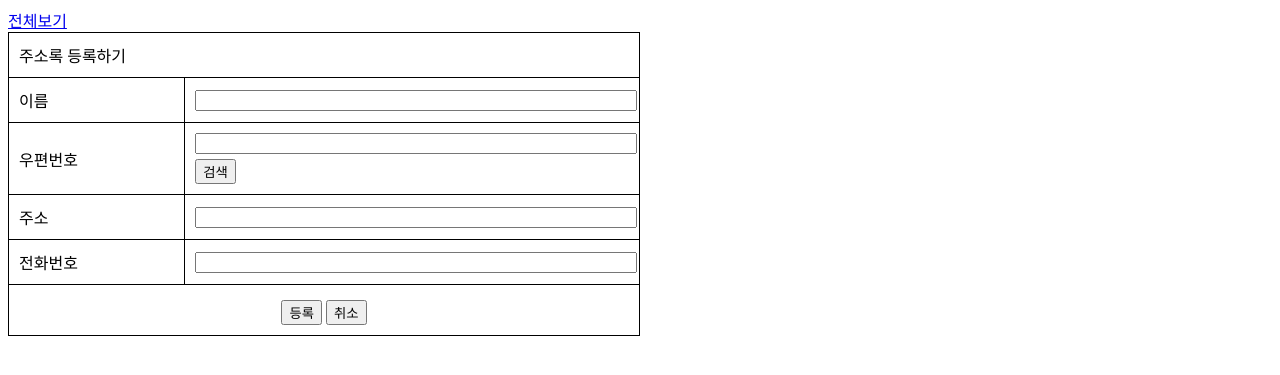
Repository: yubeens/JSP
Page: http://localhost/JSP_Project/jQueryAddress/insert.jsp
An editor plug-in stored every save of this project. The page is shown before and after the next save, followed by the edit.
The browser window is 1280 px wide. The pictures show the whole page.
The page is served by Tomcat 9. Other server files are loaded and not shown.

Above is the page before, as saved 2025-02-28 01:15:18.

### JSP_Project/src/main/webapp/jQueryAddress/insert.jsp
<%@ page language="java" contentType="text/html; charset=UTF-8"
    pageEncoding="UTF-8"%>
<!DOCTYPE html>
<html>
<head>
<meta charset="UTF-8">
<title>Insert title here</title>
<style>
        table {
            border-collapse: collapse;
            width: 50%;
        }
        th, td {
            border: 1px solid black;
            padding: 10px;
        }
        input[type="text"] {
            width: 100%;
        }
        button {
            margin-top: 5px;
        }
    </style>
</head>
<body>
<a href=#>전체보기</a>
<form action="insert_process.jsp" method="post">
        <table border=1>
        	<tr>
        		<td colspan="2">주소록 등록하기</td>
            <tr>
                <td>이름</td>
                <td><input type="text" name="name"></td>
            </tr>
            <tr>
                <td>우편번호</td>
                <td>
                    <input type="text" size=5 name="zipcode">
                    <button type="button">검색</button>
                </td>
            </tr>
            <tr>
                <td>주소</td>
                <td><input type="text" name="address"></td>
            </tr>
            <tr>
                <td>전화번호</td>
                <td><input type="text" name="phone"></td>
            </tr>
            <tr>
                <td colspan="2" align="center">
                    <button type="submit">등록</button>
                    <button type="reset">취소</button>
                </td>
            </tr>
        </table>
    </form>

</body>
</html>

After the next save:
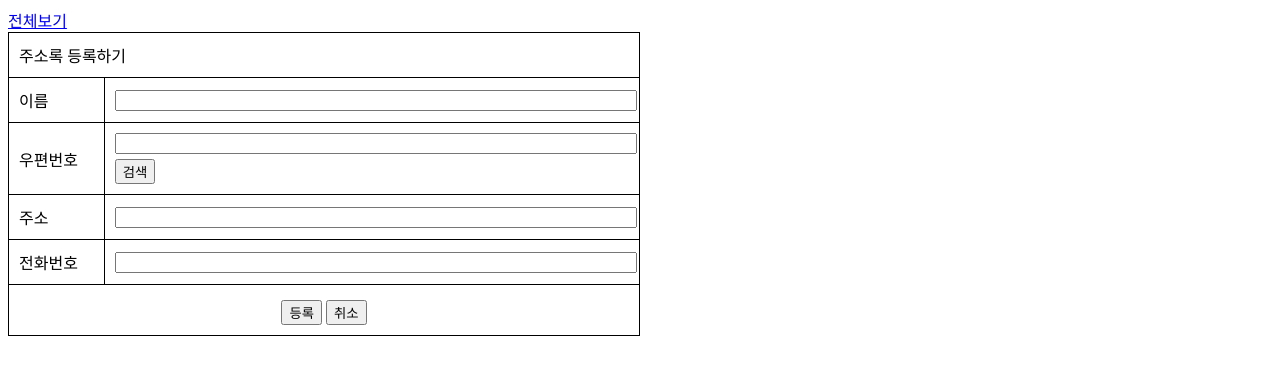
Saved 63 s later.
--- a/JSP_Project/src/main/webapp/jQueryAddress/insert.jsp
+++ b/JSP_Project/src/main/webapp/jQueryAddress/insert.jsp
@@ -41,7 +41,7 @@
             </tr>
             <tr>
                 <td>주소</td>
-                <td><input type="text" name="address"></td>
+                <td><input type="text" size=50 name="address"></td>
             </tr>
             <tr>
                 <td>전화번호</td>
@@ -49,8 +49,8 @@
             </tr>
             <tr>
                 <td colspan="2" align="center">
-                    <button type="submit">등록</button>
-                    <button type="reset">취소</button>
+                    <button type="submit" value="등록">등록</button>
+                    <button type="reset" value="취소">취소</button>
                 </td>
             </tr>
         </table>
